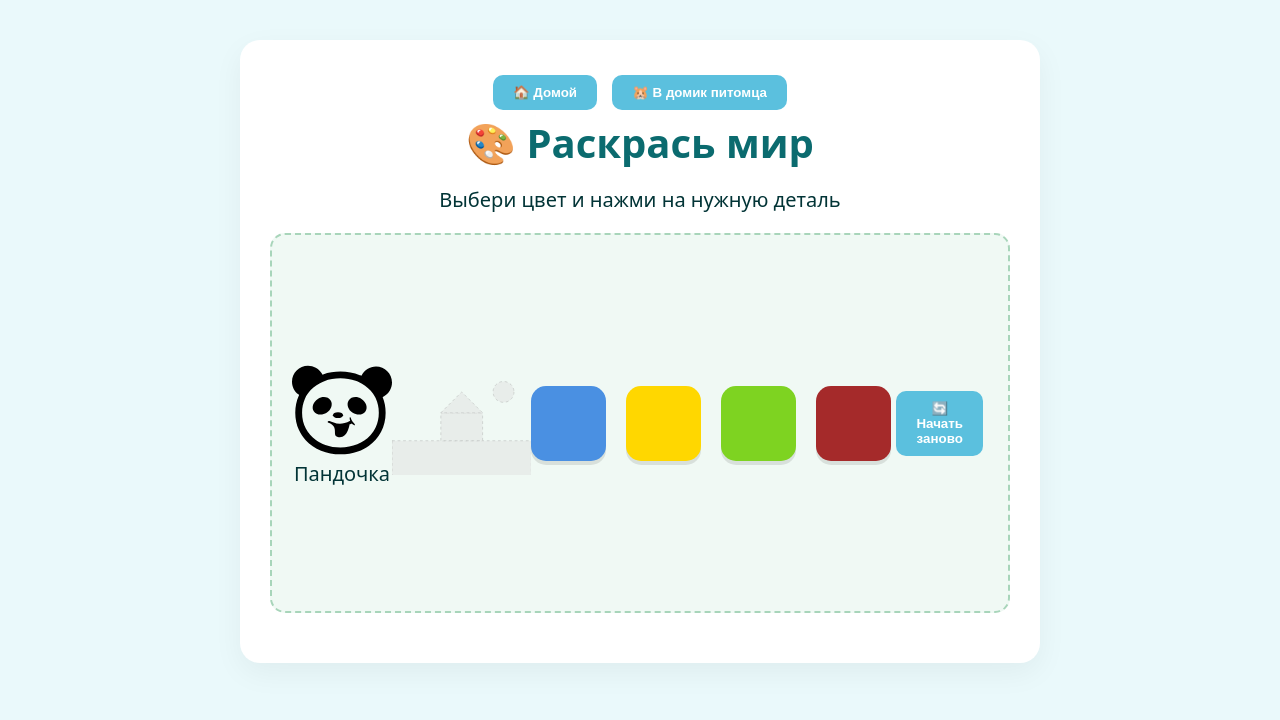
Repository: HOADF/kids-career-world
Page: games/artist/artist-game.html
An editor plug-in stored every save of this project. The page is shown before and after the next save, followed by the edit.
The browser window is 1280 px wide. The pictures show the whole page.
An inner scrolling area shows only its first screen.

Above is the page before, as saved 2026-03-10 12:44:47.

After the next save:
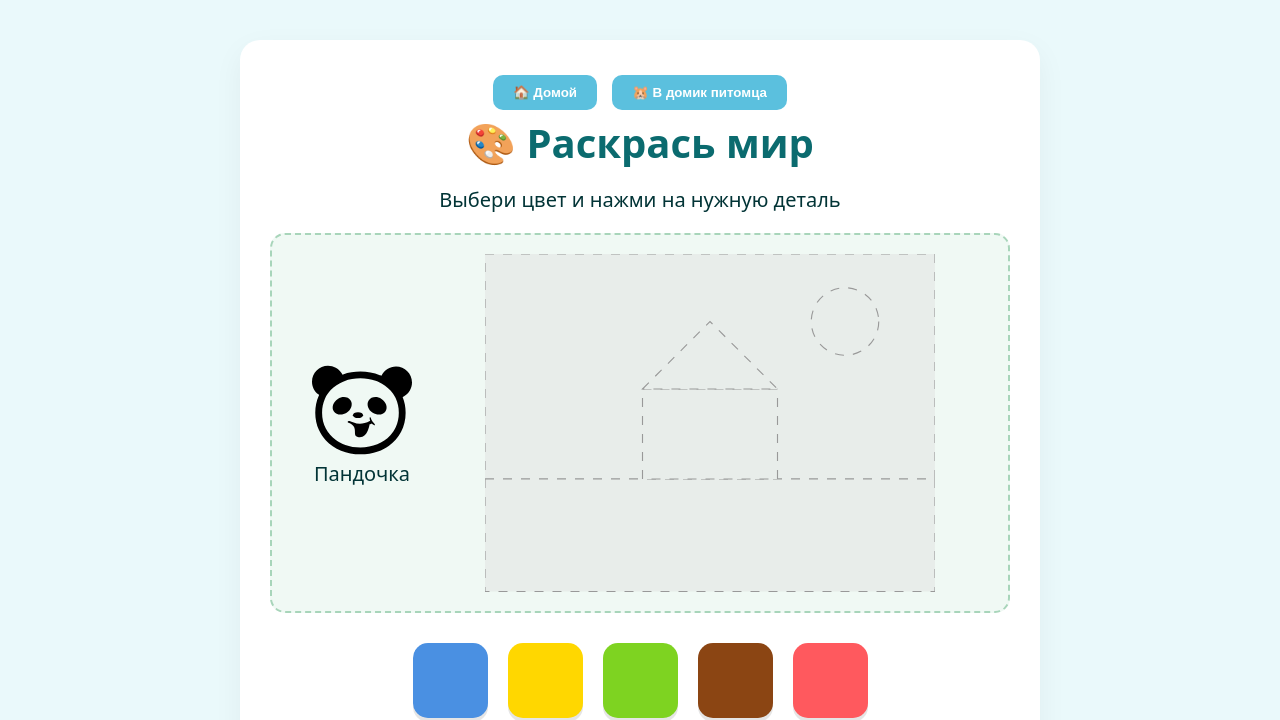
Saved 2 min 5 s later.
--- a/games/artist/artist-game.html
+++ b/games/artist/artist-game.html
@@ -27,24 +27,24 @@
                 <span class="pet-name">Пандочка</span>
             </div>
 
-           <div class="canvas-area">
-              <svg viewBox="0 0 200 150" id="paint-svg">
-               rect id="sky" class="paint-area" data-correct="blue" data-name="Небо" x="0" y="0" width="200" height="100" />
+            <div class="canvas-area">
+                <svg viewBox="0 0 200 150" id="paint-svg">
+                    <rect id="sky" class="paint-area" data-correct="blue" data-name="Небо" x="0" y="0" width="200" height="100" />
+                    <rect id="ground" class="paint-area" data-correct="green" data-name="Травка" x="0" y="100" width="200" height="50" />
+                    <circle id="sun" class="paint-area" data-correct="yellow" data-name="Солнышко" cx="160" cy="30" r="15" />
 
-                <rect id="ground" class="paint-area" data-correct="green" data-name="Травка" x="0" y="100" width="200" height="50" />
+                    <rect id="house" class="paint-area" data-correct="brown" data-name="Стены домика" x="70" y="60" width="60" height="40" />
+                    <path id="roof" class="paint-area" data-correct="red" data-name="Крыша" d="M70 60 L100 30 L130 60 Z" />
+                </svg>
+            </div>
+        </div>
 
-                <circle id="sun" class="paint-area" data-correct="yellow" data-name="Солнышко" cx="160" cy="30" r="15" />
-
-                <rect id="house" class="paint-area" data-correct="brown" data-name="Стены домика" x="70" y="60" width="60" height="40" />
-
-                <path id="roof" class="paint-area" data-correct="red" data-name="Крыша" d="M70 60 L100 30 L130 60 Z" />
-              </svg>
-            </div>
         <div class="palette">
             <div class="color-item" id="blue" data-color="blue" data-hex="#4A90E2" style="background-color: #4A90E2;"></div>
             <div class="color-item" id="yellow" data-color="yellow" data-hex="#FFD700" style="background-color: #FFD700;"></div>
             <div class="color-item" id="green" data-color="green" data-hex="#7ED321" style="background-color: #7ED321;"></div>
-            <div class="color-item" id="red" data-color="brown" data-hex="#D0021B" style="background-color: brown;"></div>
+            <div class="color-item" id="brown" data-color="brown" data-hex="#8B4513" style="background-color: #8B4513;"></div>
+            <div class="color-item" id="red" data-color="red" data-hex="#FF595E" style="background-color: #FF595E;"></div>
         </div>
 
         <div class="bottom-nav">
